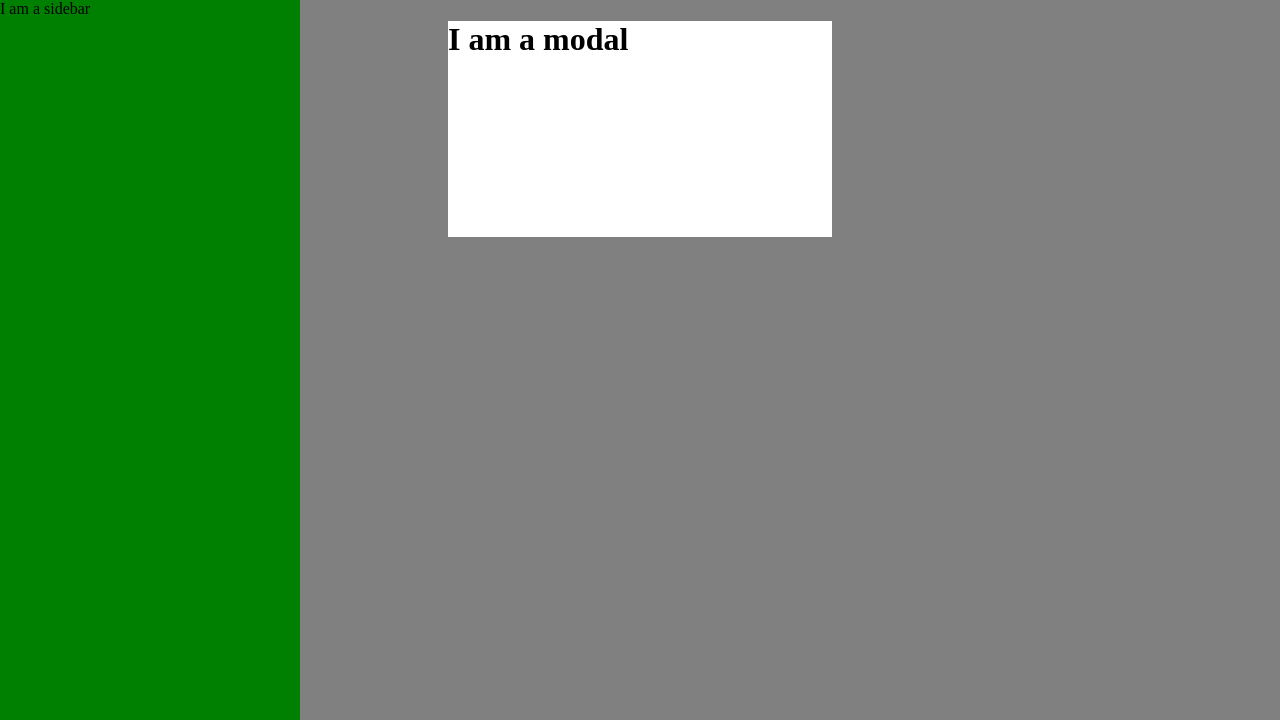
Repository: taivuong95/react-stephen-grider
Page: streams/client/public/modal.html
These files come from the project's save history. The page is drawn as it stood at one moment and after the next save; the edit follows.
The browser window is 1280 px wide. The pictures show the whole page.

Above is the page before, as saved 2021-01-09 10:32:44.

### streams/client/public/modal.html
<!DOCTYPE html>
<html lang="en">
<head>
    <style>
        .sidebar{
            position: fixed;
            top: 0;
            left: 0;
            height: 100vh;
            width: 300px;
            background-color: green;
        }

        .content{
            margin-left: 300px;
        }
        .modal-body{
            background-color: #fff;
            margin: auto;
            height: 30%;
            width: 30%;
        }
        .modal{
            height: 100%;
            width: 100%;
            position: fixed;
            background-color: grey;
            left: 0;
            top: 0;
        }
    </style>
</head>
<body>
    <div class="modal">
        <div class="modal-body">
            <h1>I am a modal</h1>
        </div>
    </div>
    <div class="sidebar">I am a sidebar</div>
    <div class="content">
        <h1>I am some content</h1>
    </div>
</body>
</html>

After the next save:
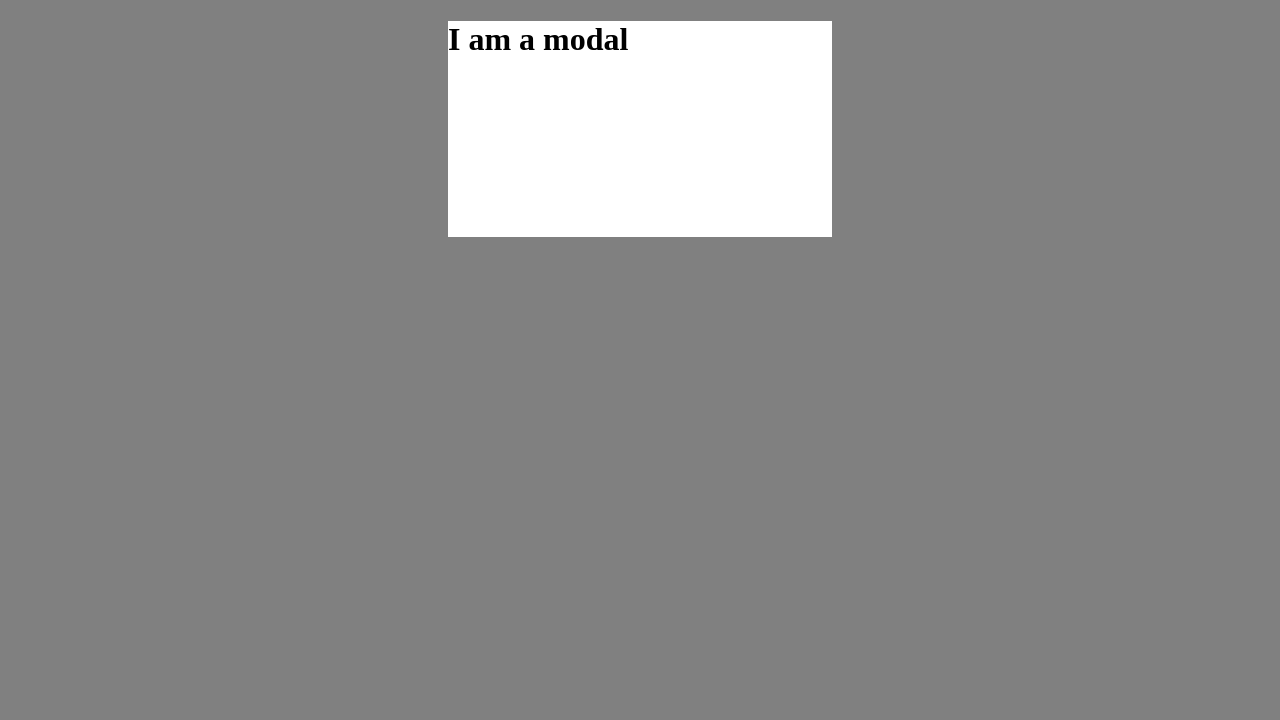
Saved 90 s later.
--- a/streams/client/public/modal.html
+++ b/streams/client/public/modal.html
@@ -27,6 +27,7 @@
             background-color: grey;
             left: 0;
             top: 0;
+            z-index: 10;
         }
     </style>
 </head>

After the 3 saves that followed:
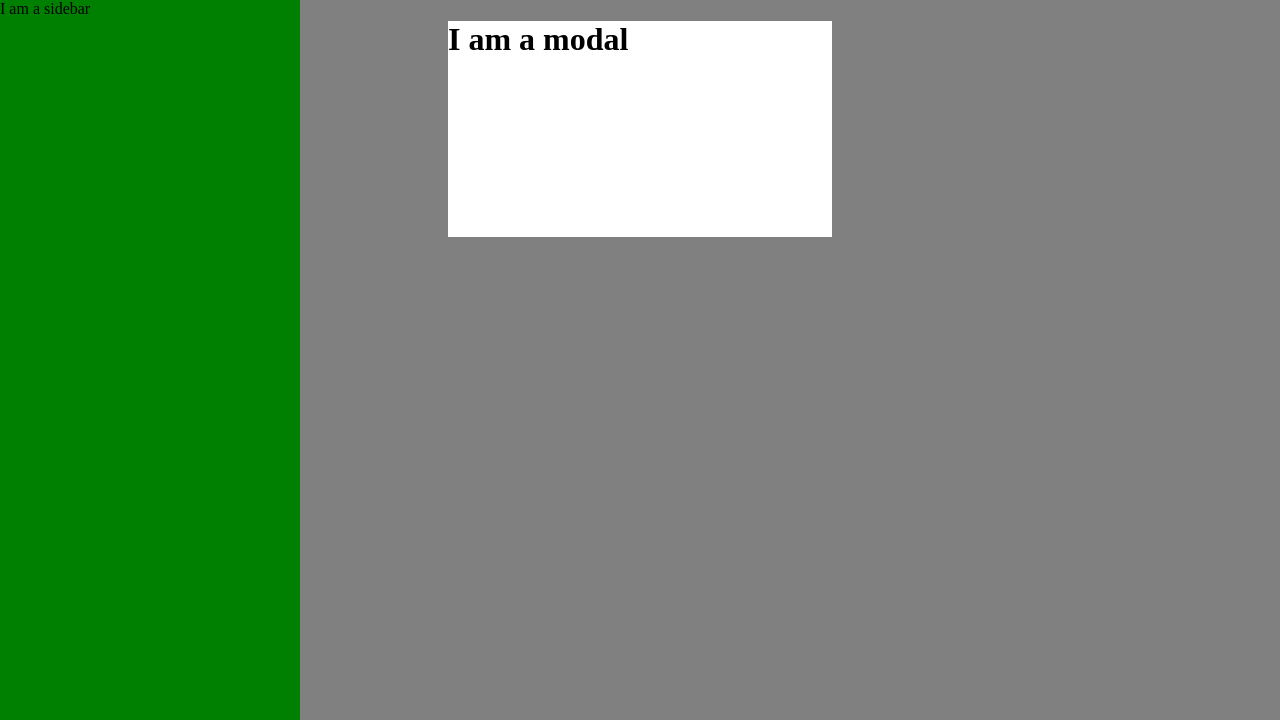
The 3 saves are shown as one change because 1 left the picture as it was and some came seconds apart.
The last was saved 5 min 30 s later.
--- a/streams/client/public/modal.html
+++ b/streams/client/public/modal.html
@@ -29,12 +29,18 @@
             top: 0;
             z-index: 10;
         }
+        .positioned{
+            position: relative;
+            z-index: 0;
+        }
     </style>
 </head>
 <body>
-    <div class="modal">
-        <div class="modal-body">
-            <h1>I am a modal</h1>
+    <div class="positioned">
+        <div class="modal">
+            <div class="modal-body">
+                <h1>I am a modal</h1>
+            </div>
         </div>
     </div>
     <div class="sidebar">I am a sidebar</div>
